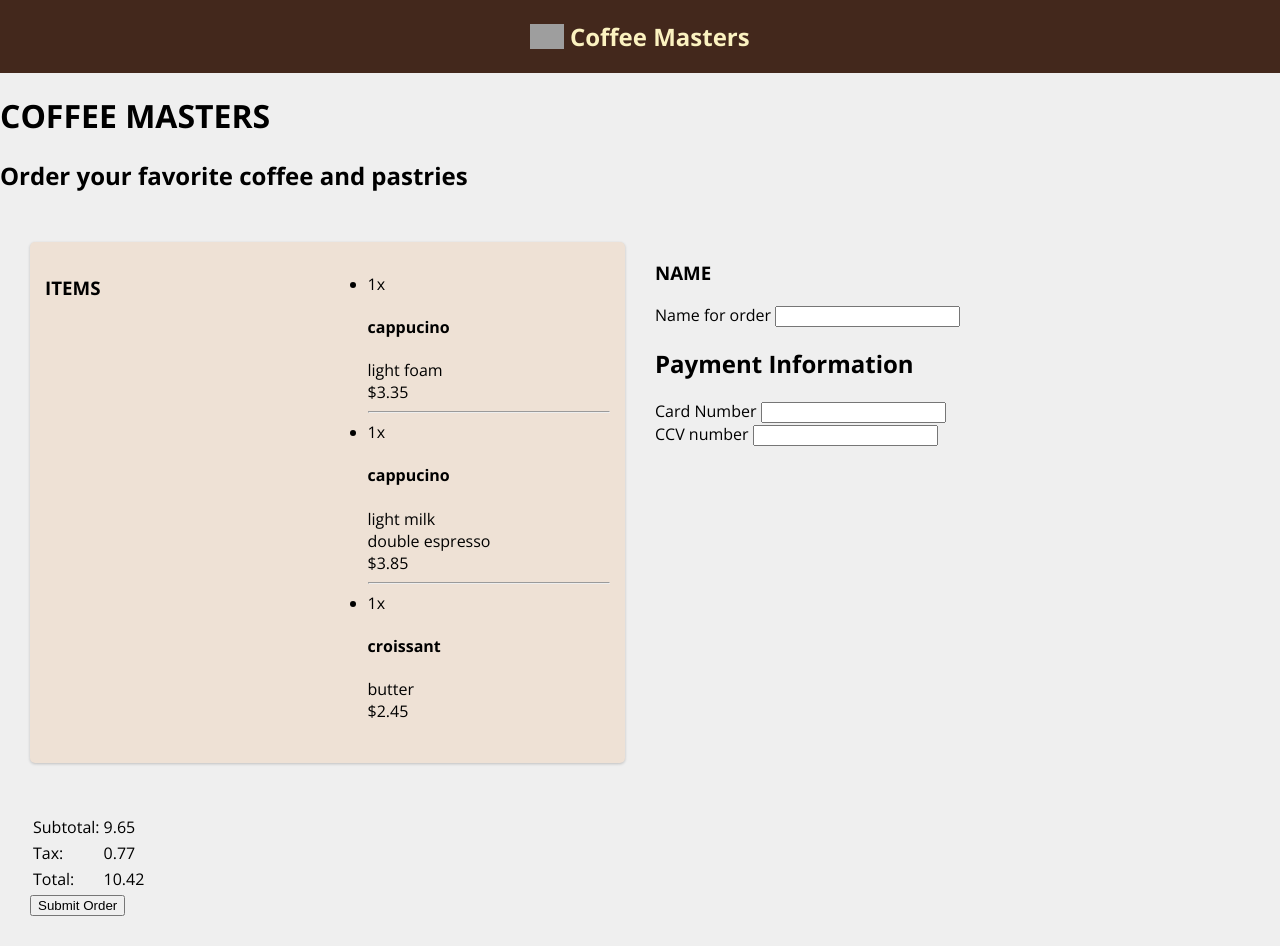
Repository: RkBeau/coffe_fm
Page: index.html
These files come from the project's save history. The page is drawn as it stood at one moment and after the next save; the edit follows.
The browser window is 1280 px wide. The pictures show the whole page.
Pictures or frames that could not be fetched are drawn as grey boxes.

Above is the page before, as saved 2024-04-18 05:02:48.

### index.html
<!DOCTYPE html>
<html lang="en">
<head>
    <meta charset="UTF-8">
    <title>Home</title>
    <meta name="viewport" content="width=device-width, initial-scale=1.0">
    <link rel="preconnect" href="https://fonts.googleapis.com">
    <link rel="preconnect" href="https://fonts.gstatic.com" crossorigin="">
    <link href="https://fonts.googleapis.com/css2?family=Open+Sans:wght@400;700&amp;display=swap" rel="stylesheet">
    <link rel="stylesheet" href="styles.css">
</head>
    <body>
        <nav class="main-nav">
            <h1 class="brand">
              <img
                src="https://btholt.github.io/complete-intro-to-web-dev-v3/images/coffee_masters_logo.png"
                alt="coffee masters logo"
                class="logo"
              />
              Coffee Masters
            </h1>
          </nav>
        <header>
            <h1>COFFEE MASTERS</h1>
            <h2>Order your favorite coffee and pastries</h2>
        </header>
        <main>
            <section class="orderbox">
                <div class="items-ordered">
                    <h3 id="items">ITEMS</h3>
                    <ul class="selected-items">
                        <li class="item">1x<h4>cappucino</h4>
                            <div class="garnish">light foam</div>
                            <div -class="price">$3.35</div>
                        </li>
                        <hr>
                        <li class="item">1x<h4>cappucino</h4>
                            <div class="garnish">light milk</div>
                            <div class="coffee-mod">double espresso</div>
                            <div class="price">$3.85</div>
                        </li>
                        <hr>
                        <li class="item">1x<h4>croissant</h4>
                            <div class="garnish">butter</div>
                            <div class="price">$2.45</div>
                        </li>
                    </ul>
                </div>
            </section>
            <section class="info">
                <div class="customer-info">
                    <h3 class="name">NAME</h3>
                    <div class="input-group">
                        <label class="user-input-label" for="name">Name for order</label>
                        <input type="text" class="user-input" id="name">
                    </div>
                </div>
                <div class="cc-info">
                    <h2 class="box-title">Payment Information</h2>
                    <div class="input-group">
                        <label class="user-input-label" for="cc">Card Number</label>
                        <input type="text" class="user-input" id="cc">
                        <div class="input-group">
                            <label class="user-input-label" for="ccv">CCV number</label>
                            <input type="text" class="user-input short-input" id="ccv">
                        </div>
                    </div>
                </div>
            </section>
            <section class="order-total">
                <table class="totals-tab">
                    <tbody>
                        <tr>
                            <td>Subtotal:</td>
                            <td>9.65</td>
                        </tr>
                        <tr>
                            <td>Tax:</td>
                            <td>0.77</td>
                        </tr>
                        <tr class="final-total:">
                            <td>Total:</td>
                            <td>10.42</td>
                        </tr>
                    </tbody>
                </table>
                <button class="checkout-btn" type="submit">Submit Order</button>
            </section>
        </main>
    </body>
</html>

### styles.css
* {
    box-sizing: border-box;
}

body {
    margin: 0;
    padding: 0;
    background-color: #efefef;
    font-family: 'Open Sans', sans-serif;
}

main {
    display: grid;
    row-gap: 30px;
    column-gap: 30px;
    width: 100%;
    padding: 30px;
    margin: 0 auto;
    grid-template-areas:
        "order payment"
        "order-total"
        "final-total";
    grid-template-columns: 1fr 1fr;;
}

.main-nav {
    background-color: #43281c;
    color: #fbf2c0;
    font-size: 16px;
    display: flex;
    align-items: center;
    justify-content: center;
    font-weight: normal;
}

.logo {
    height:25px;
    position: relative;
    top:3px;
}

.orderbox {
    background-color: #eee1d5;
    border-radius: 5px;
    box-shadow: 0 1px 3px rgb(0 0 0 / 20%);
    padding: 15px;
    margin-bottom: 20px;
    width: 100%;
}

.items-ordered {
    display: grid;
    row-gap: 10px;
    grid-template-columns: 1fr 1fr;
    grid-template-areas:
        "item item"
        "item item";
}

After the next save:
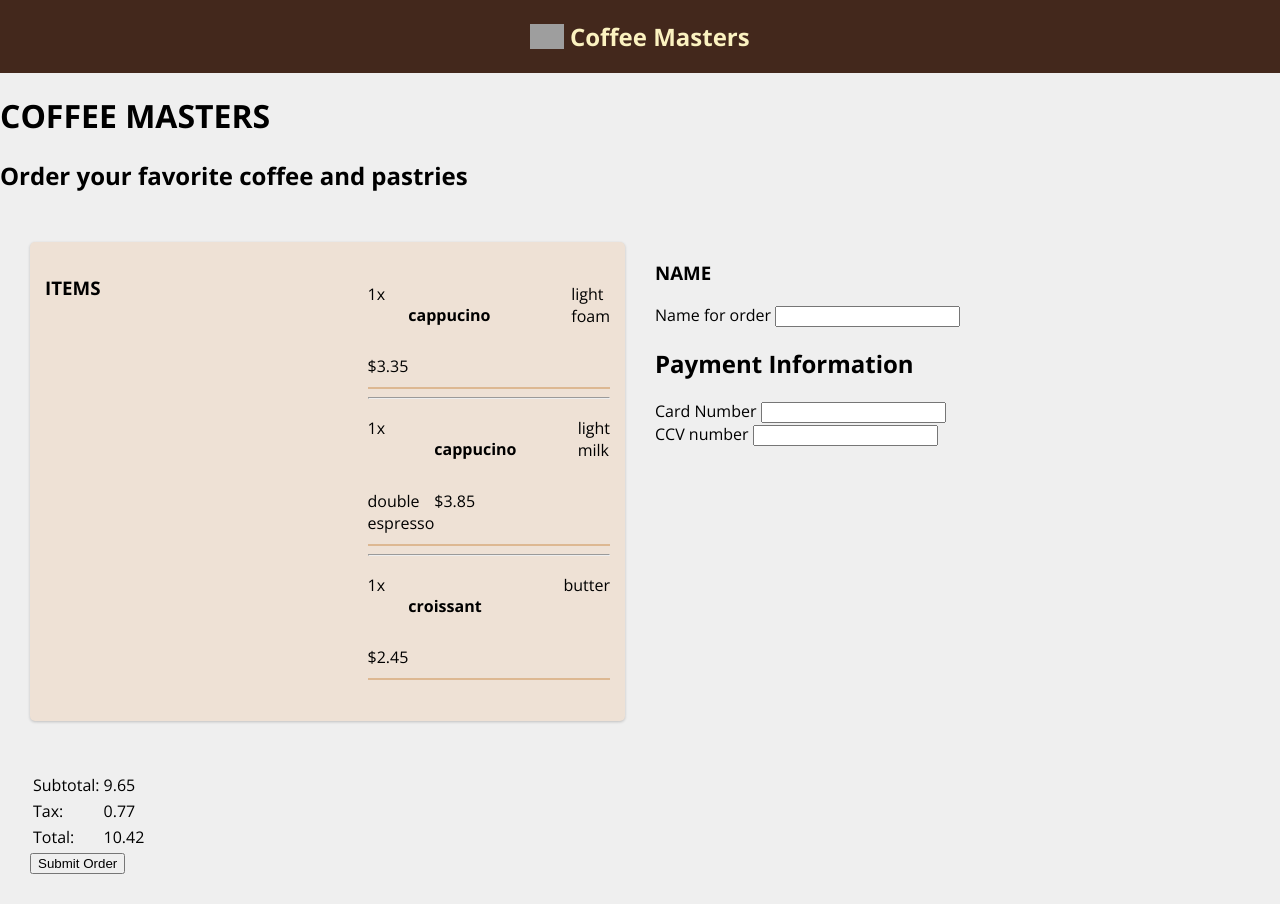
Saved 4 min 53 s later.
--- a/styles.css
+++ b/styles.css
@@ -56,3 +56,15 @@ main {
         "item item"
         "item item";
 }
+
+.item{
+    border-bottom: 2px solid #ddb892;
+    display: grid;
+    padding:10px 0;
+    grid-template-columns: 1fr 8fr 1fr;
+    grid-template-areas:
+        "item price"
+        "garnish coffee mod";
+    row-gap: 8px;
+}
+}
